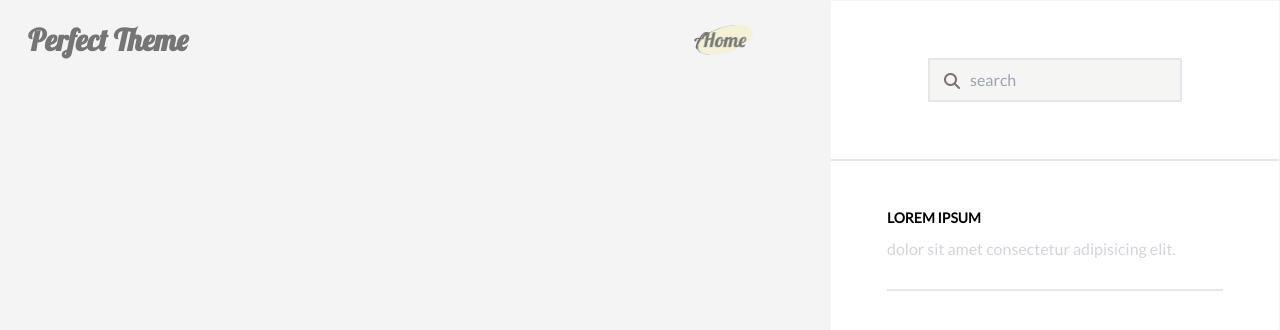
Repository: hsumyatm7308/laravel-blog
Page: blogweb/resources/views/blog/headerlayout.html
These files come from the project's save history. The page is drawn as it stood at one moment and after a run of saves; the edit follows.
The browser window is 1280 px wide. The pictures show the whole page.
Some web libraries are served in a nearby version.

Above is the page before, as saved 2023-09-04 19:19:36.

After the next 2 saves:
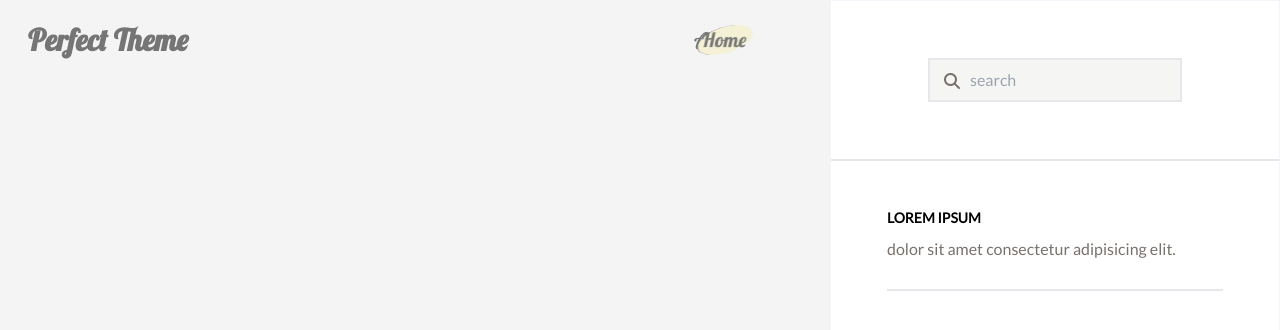
The 2 saves are shown as one change because they came seconds apart.
The last was saved 11 s later.
--- a/blogweb/resources/views/blog/headerlayout.html
+++ b/blogweb/resources/views/blog/headerlayout.html
@@ -145,7 +145,7 @@
                 <div class="px-14 py-4">
                     <li class="list-none border-b-2 py-7">
                         <a href="" class="uppercase text-sm font-semibold">Lorem ipsum</a>
-                        <p class="text-gray-300 mt-2">dolor sit amet consectetur adipisicing elit.</p>
+                        <p class="text-stone-500 mt-2">dolor sit amet consectetur adipisicing elit.</p>
 
                     </li>
                 </div>
